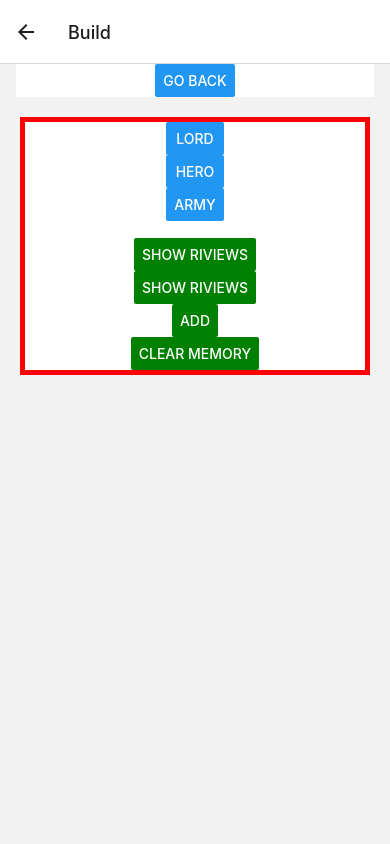
Repository: LingyuLiu11/mobile_app
Screen: /Build
These files come from the project's save history. The screen is drawn as it stood at one moment and after the next save; the edit follows.
The app was drawn by React Native's web renderer in a window 390 px wide. The project was rebuilt for these pictures with package versions that can differ from the ones it lists, and the page was loaded fresh each time. Also part of the build but not shown: components/Reviews.js.

Above is the screen before, as saved 2021-10-25 01:36:51.

### App.js
import * as React from 'react';
import { Image, TextInput, FlatList, StyleSheet, View, Button, Text, Animated } from 'react-native';
import { NavigationContainer } from '@react-navigation/native';

import { createStackNavigator } from '@react-navigation/stack';
import Reviews from './components/Reviews'
import AsyncStorage from '@react-native-async-storage/async-storage';
import Builds from './components/Builds'


const Separator = () => (
  <View style={styles.separator} />
);



function Main({ navigation }) {


  return (


    <div>
      <View style={styles.container}>
        <Text>Main screen</Text>
        <Separator />
        <Button
          margintop = '10'
          title="Go to Profile"
          onPress={() => navigation.navigate('Profile')}
        />
        <Separator />

      </View>
      <View style = {styles.container}>
        <Button
          margintop = '10'
          title="Go to About"
          onPress={() => navigation.navigate('About')}
        />
        <Separator />
      </View>
      <View style = {styles.container}>
        <Button
          margintop = '10'
          title="Go to Reviews"
          onPress={() => navigation.navigate('Review')}
        />
      </View>
       <Separator />

       <View style = {styles.container}>
        <Button
          margintop = '10'
          title="Build your army"
          onPress={() => navigation.navigate('Build')}
        />
      </View>

    </div>
  );
}

function Profile({ navigation }) {

  const [text, setText] = React.useState("Your name");
  return (
    <div>
      <View style={{ flex: 1, justifyContent: 'center', alignItems: 'center' }}>
        <Text>Profile screen</Text>
        <Separator />
        <Button title="Go back" onPress={() => navigation.goBack()} />
      </View>


      <View style={{ flex: 1, justifyContent: 'center', alignItems: 'center' }}>
        <TextInput
          style={styles.input}
          placeholder="Your name"
          value={text}
          onChangeText={text => setText(text)}
        />
        <Text style={{padding: 10, fontSize: 42}}>
        Hello {text.split(' ').map((word) => word ).join(' ')}
        </Text>
      </View>

      <View style={{ flex: 1, justifyContent: 'center', alignItems: 'center', flexDirection: "row" }}>
        <View style={{ flex: 1, justifyContent: 'center', alignItems: 'center' }}>
          <Image
            style={{
              resizeMode: "cover",
              height: 100,
              width: 200
            }}
            source={"https://upload.wikimedia.org/wikipedia/en/2/27/Total_War_Warhammer_3_cover_art.jpg"}
          />
          <Text>Totalwar Warhammer 3!</Text>
          </View>
        <Separator />
        <View style={{ flex: 1, justifyContent: 'center', alignItems: 'center' }}>
          <Image
            style={{
              resizeMode: "cover",
              height: 100,
              width: 200
            }}
            source={"https://www.nme.com/wp-content/uploads/2021/09/Total-Warhammer-3-Grand-Cathay-Dragon.jpg"}
          />
        <Text>Grand Cathay</Text>
        </View>
        <View style={{ flex: 1, justifyContent: 'center', alignItems: 'center' }}>

        <Image
          style={{
            resizeMode: "cover",
            height: 100,
            width: 200
          }}
          source={"https://encrypted-tbn0.gstatic.com/images?q=tbn:ANd9GcSM9n6tQzcRE8CXMXP5GXIIgYIF3wXVMZy4JA&usqp=CAU"}
        />
        <Text>Kislev</Text>
        </View>

      </View>


    </div>
  );
}

function About({ navigation }) {
  return (
    <div>
      <View style={{ flex: 1, justifyContent: 'center', alignItems: 'center' }}>
        <Text>About screen</Text>
        <Separator />
        <FlatList
          data={[
            {key: 'Lingyu Liu'},
            {key: 'CS 153A'},
            {key: 'Assignment2'},

          ]}
          renderItem={({item}) => <Text style={styles.item}>{item.key}</Text>}
        />

      </View>

      <View style = {styles.container}>
          <Button title="Go back" onPress={() => navigation.goBack()} />
      </View>
    </div>
  );
}

function Review({ navigation }) {
  return (
    <div>
      <View style = {styles.container}>
          <Button title="Go back" onPress={() => navigation.goBack()} />
      </View>
      <Reviews />
    </div>

  );
}

function Build({ navigation }) {
  return (
    <div>
      <View style = {styles.container}>
          <Button title="Go back" onPress={() => navigation.goBack()} />
      </View>
      <Builds />
    </div>

  );
}



const forFade = ({ current, next }) => {
  const opacity = Animated.add(
    current.progress,
    next ? next.progress : 0
  ).interpolate({
    inputRange: [0, 1, 2],
    outputRange: [0, 1, 0],
  });

  return {
    leftButtonStyle: { opacity },
    rightButtonStyle: { opacity },
    titleStyle: { opacity },
    backgroundStyle: { opacity },
  };
};

const Stack = createStackNavigator();

function MyStack() {
  return (
    <Stack.Navigator>
      <Stack.Screen
        name="Main"
        component={Main}
        options={{
          headerTintColor: 'white',
          headerStyle: { backgroundColor: 'tomato' },
        }}
      />
      <Stack.Screen
        name="Profile"
        component={Profile}
        options={{ headerStyleInterpolator: forFade }}
      />
      <Stack.Screen
        name="About"
        component={About}
        options={{ headerStyleInterpolator: forFade }}
      />
      <Stack.Screen
        name="Review"
        component={Review}
        options={{ headerStyleInterpolator: forFade }}
      />
      <Stack.Screen
        name="Build"
        component={Build}
        options={{ headerStyleInterpolator: forFade }}
      />



    </Stack.Navigator>
  );
}



export default function App() {
  return (
    <NavigationContainer>
      <MyStack />
    </NavigationContainer>
  );
}

const styles = StyleSheet.create({
  container: {
    flex: 1,
    justifyContent: 'center',
    alignItems: 'center',
    backgroundColor: '#fff',
    alignItems: 'center',
    justifyContent: 'center',
    marginHorizontal: 16,
  },
  separator: {
    marginVertical: 8,
    borderBottomColor: '#737373',
    borderBottomWidth: StyleSheet.hairlineWidth,
  },
  item: {
    padding: 10,
    fontSize: 18,
    height: 44,
  },
  input: {
    height: 40,
    margin: 12,
    borderWidth: 1,
    padding: 10,
  },
});

### components/Builds.js
import React, { useState, useEffect } from "react";
import { Image, TextInput, FlatList, StyleSheet, View, Button, Text, Animated, SafeAreaView, StatusBar } from 'react-native';
import AsyncStorage from '@react-native-async-storage/async-storage';

const Separator = () => (
    <View style={styles.separator} />
  );

const Builds = () => {
    const [builds, setBuilds] = useState([]);
    const [debugging,setDebugging] = useState(false)
    const [curr,setCurr] = useState('')
    const [currlooking,setCurrlooking] = useState(false)

    useEffect(() => {getData()}, []);

    let debugView = "";
  if (debugging) {
    const numbers = builds.numbers;
    debugView =

    builds.map((build) =>
      <li key={build.toString()}>
        {build}
      </li>
    );

  }

  let currView = "";
  if (debugging) {
    currView =
      <View>

          <Text style ={{color:'blue'}}>{curr}</Text>

        <Separator />
      </View>
}



    const storeData = async (value) => {
        try {
          const jsonValue = JSON.stringify(value)
          await AsyncStorage.setItem('@reviews', jsonValue)
          console.log('just stored '+jsonValue)
        } catch (e) {
          console.dir(e)
        }
    }

    const getData = async() => {
      try {
        const jsonValue = await AsyncStorage.getItem('@reviews')
        let data = null
        if (jsonValue != null) {
          data = JSON.parse(jsonValue)
          setBuilds(data);
          setCurr('');
        } else {
          setBuilds([]);
          setCurr('')

        }
      } catch (e) {
        console.dir(e)
      }

    }



    const clearAll = async () => {
        try {
          console.log('in clearData')
          await AsyncStorage.clear()
        } catch(e) {
          console.log("error in clearData ")
          console.dir(e)
          // clear error
        }
  }


    const DATA = [
        {
          id: 'bd7acbea-c1b1-46c2-aed5-3ad53abb28ba',
          title: 'Lord',
        },
        {
          id: '3ac68afc-c605-48d3-a4f8-fbd91aa97f63',
          title: 'Hero',
        },
        {
          id: '58694a0f-3da1-471f-bd96-145571e29d72',
          title: 'Army',
        },
      ];

      const Item = ({ title }) => {
        return (
          <View style={styles.item}>
            <Button style={styles.title} title={title }
                onPress={()=> {
                    const newCurr = curr.concat(title + ' ');
                    setCurr(newCurr);
                    storeData(newCurr);
                  }}

            />
          </View>
        );
      }

        const renderItem = ({ item }) => (
          <Item title={item.title} />
        )
      return (
        <SafeAreaView style={styles.container}>
          <FlatList
            data={DATA}
            renderItem={renderItem}
            keyExtractor={item => item.id}
          />
          <Separator />
          <Button
                  title={(currlooking?'hide':'show')+" Riviews" }
                  color="green"
                  onPress = {() => setDebugging(!debugging)}
                  />
          <currView/>
      <Button
                  title={(debugging?'hide':'show')+" Riviews" }
                  color="green"
                  onPress = {() => setDebugging(!debugging)}
                  />
                  {debugView}

                  <Button
          color="green"
          title="Add"
          onPress={()=> {
            const newBuilds = builds.concat(curr);
            setBuilds(newBuilds);
            storeData(newBuilds);
            setCurr('');
          }}/>
          <Button
                  color='green' title='Clear memory'
                  onPress = {() => {
                        console.log('clearing memory');
                        clearAll()
                      }}
                />
        </SafeAreaView>


      );
}

const styles = StyleSheet.create({
    container: {
        flex: 1,
        flexDirection:'column',
        backgroundColor: '#fff',
        alignItems: 'center',
        justifyContent: 'center',
        border: "thick solid red",
        margin:"20px",
        padding:"20px",
      },
      separator: {
      marginVertical: 8,
      borderBottomColor: '#737373',
      borderBottomWidth: StyleSheet.hairlineWidth,
    },
  });

export default Builds;

After the next save:
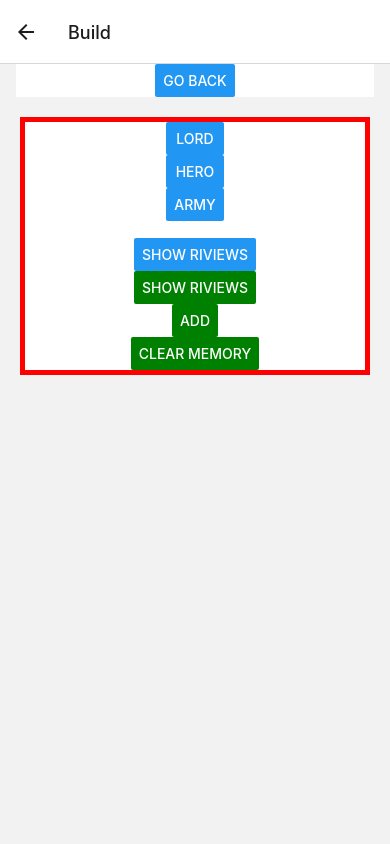
Saved 66 s later.
--- a/components/Builds.js
+++ b/components/Builds.js
@@ -16,14 +16,13 @@ const Builds = () => {
 
     let debugView = "";
   if (debugging) {
-    const numbers = builds.numbers;
     debugView =
-
-    builds.map((build) =>
-      <li key={build.toString()}>
-        {build}
-      </li>
-    );
+      <View>
+          {builds.map((build) =>
+          <View><Text style ={{color:'red'}}>{build}</Text></View>
+        )}
+        <Separator />
+      </View>
 
   }
 
@@ -126,7 +125,7 @@ const Builds = () => {
           <Separator />
           <Button
                   title={(currlooking?'hide':'show')+" Riviews" }
-                  color="green"
+                  color=""
                   onPress = {() => setDebugging(!debugging)}
                   />
           <currView/>
